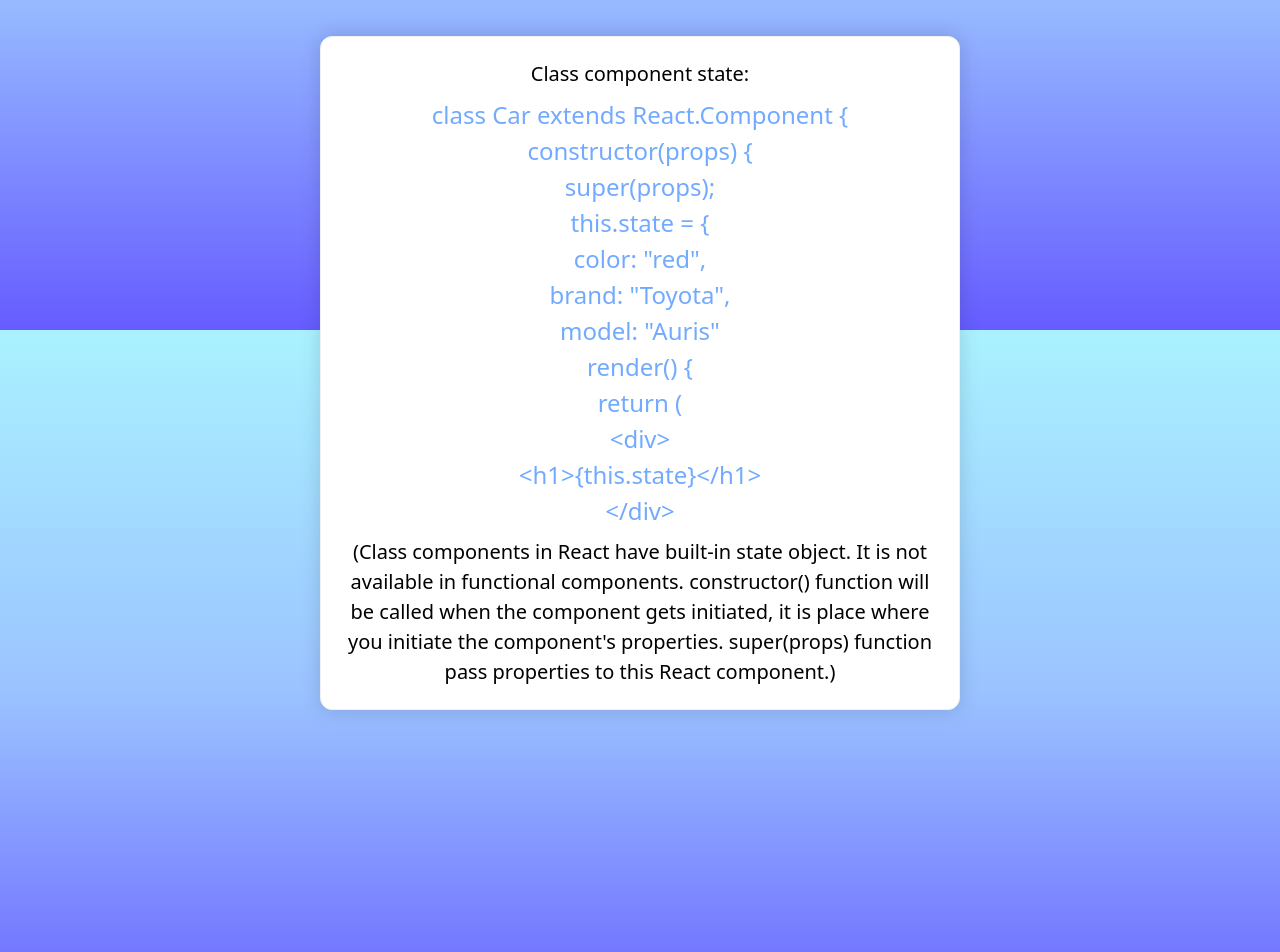
Repository: michalgornicki/github
Page: /#/State
These files come from the project's save history. The page is drawn as it stood at one moment and after the next save; the edit follows.
The browser window is 1280 px wide. The pictures show the part of the page from y = 390 to 1342 px (the page is 1704 px tall).
Backgrounds fixed to the window are drawn as part of the page. The project was rebuilt for these pictures with package versions that can differ from the ones it lists, and the page was loaded fresh each time. Also part of the build but not shown: src/components/dom.jsx, src/components/components.jsx, src/components/props.jsx, src/components/lifecycle.jsx, src/components/conditional.jsx, src/components/refs.jsx, src/components/fragments.jsx, src/components/hoc.jsx and 1 more.

Above is the page before, as saved 2022-02-07 12:59:47.

After the next save:
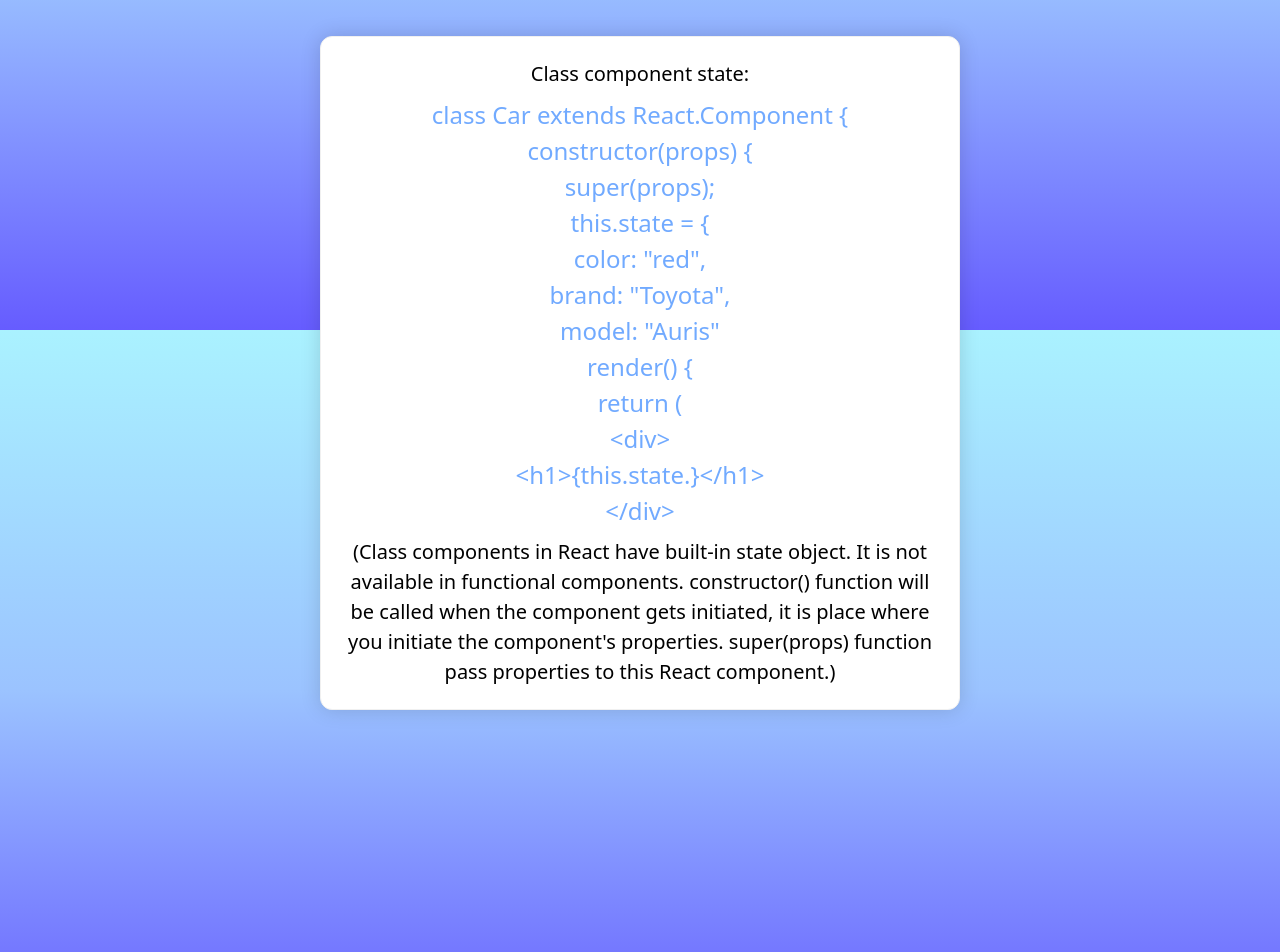
Saved 8 s later.
--- a/src/components/state.jsx
+++ b/src/components/state.jsx
@@ -15,7 +15,7 @@
           {`render() {`}{" "} <br />
           {`return (`}{" "} <br />
           {`<div>`}{" "} <br />
-          {`<h1>{this.state}</h1>`} <br />
+          {`<h1>{this.state.}</h1>`} <br />
           {`</div>`}{" "}
         </div>{" "}
         (Class components in React have built-in state object. It is not available in functional components. constructor() function will be called when the component gets initiated, it is place where you initiate the component's properties. super(props) function pass properties to this React component.)
